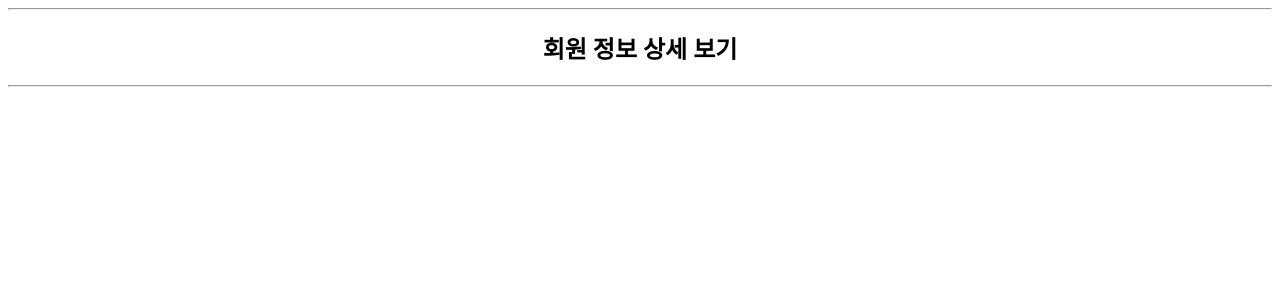
Repository: cdj6995/Web
Page: http://localhost/Mission-Web/jsp/member/detail.jsp
An editor plug-in stored every save of this project. The page is shown before and after the next save, followed by the edit.
The browser window is 1280 px wide. The pictures show the whole page.
The page is served by Tomcat 9.

Above is the page before, as saved 2022-06-09 04:51:47.

After the next save:
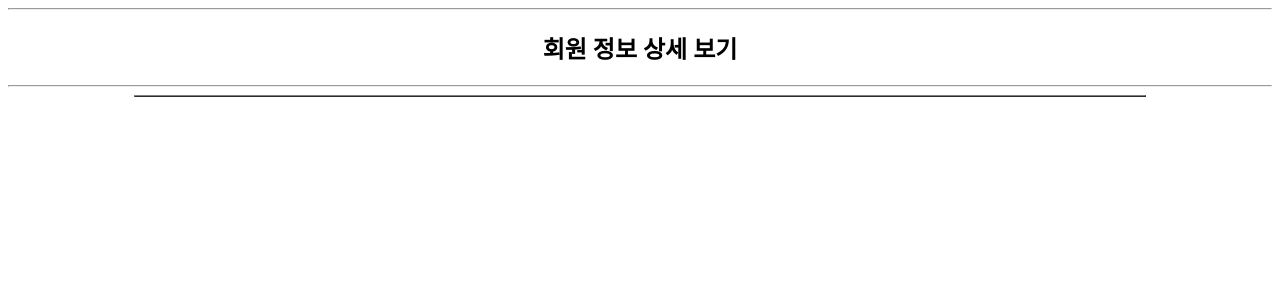
Saved 25 s later.
--- a/Mission-Web/src/main/webapp/jsp/member/detail.jsp
+++ b/Mission-Web/src/main/webapp/jsp/member/detail.jsp
@@ -11,6 +11,10 @@
 		<hr>
 		<h2>회원 정보 상세 보기</h2>
 		<hr>
+		<table border = "1" style="width : 80%">
+
+
+		</table>
 	</div>
 </body>
 </html>
